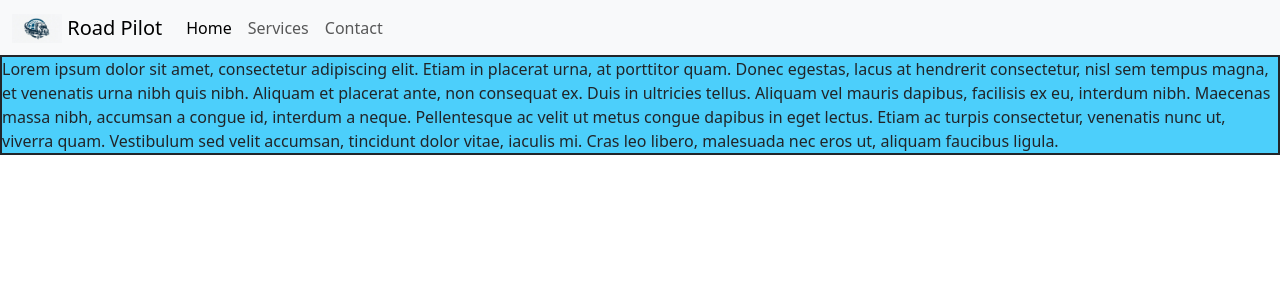
Repository: VictoriousMango/WebCreator
Page: index.html
An editor plug-in stored every save of this project. The page is shown before and after a run of saves, followed by the edit.
The browser window is 1280 px wide. The pictures show the whole page.

Above is the page before, as saved 2024-11-09 13:35:58.

### index.html
<!DOCTYPE html>
<html lang="en">

<head>
    <meta charset="UTF-8">
    <meta name="viewport" content="width=device-width, initial-scale=1.0">
    <title>Web Creator</title>
    <link href="https://cdn.jsdelivr.net/npm/bootstrap@5.3.3/dist/css/bootstrap.min.css" rel="stylesheet"
        integrity="sha384-QWTKZyjpPEjISv5WaRU9OFeRpok6YctnYmDr5pNlyT2bRjXh0JMhjY6hW+ALEwIH" crossorigin="anonymous">
    <link rel="stylesheet" href="./assets/css/index.css">
</head>

<body>
    <!-- Navbar -->
    <nav class="navbar navbar-expand-lg bg-body-tertiary">
        <div class="container-fluid">
            <a class="navbar-brand" href="#">
                <img src="./assets/images/Logo.png" alt="Logo" width="50px" class="d-inline-block align-text-top">
                Road Pilot
            </a>
            <button class="navbar-toggler" type="button" data-bs-toggle="collapse" data-bs-target="#navbarNav"
                aria-controls="navbarNav" aria-expanded="false" aria-label="Toggle navigation">
                <span class="navbar-toggler-icon"></span>
            </button>
            <div class="collapse navbar-collapse" id="navbarNav">
                <ul class="navbar-nav">
                    <li class="nav-item">
                        <a class="nav-link active" aria-current="page" href="#">Home</a>
                    </li>
                    <li class="nav-item">
                        <a class="nav-link" href="./pages/services.html">Services</a>
                    </li>
                    <li class="nav-item">
                        <a class="nav-link" href="./pages/contact.html">Contact</a>
                    </li>
                </ul>
            </div>
        </div>
    </nav>
    <!-- NavBar -->
    <main>
        <div class="home__banner"></div>
        <div class="home__about"></div>
        <div class="home__service"></div>
        <div class="home__whyChooseUs"></div>
        <div class="home__experience"></div>
        <div class="home__pricingPlan"></div>
        <div class="home__projects"></div>
        <div class="home__testimonials"></div>
        <div class="home__faq"></div>
        <div class="blog"></div>
    </main>
    <footer>
        Lorem ipsum dolor sit amet, consectetur adipiscing elit. Etiam in placerat urna, at porttitor quam. Donec egestas, lacus at hendrerit consectetur, nisl sem tempus magna, et venenatis urna nibh quis nibh. Aliquam et placerat ante, non consequat ex. Duis in ultricies tellus. Aliquam vel mauris dapibus, facilisis ex eu, interdum nibh. Maecenas massa nibh, accumsan a congue id, interdum a neque. Pellentesque ac velit ut metus congue dapibus in eget lectus. Etiam ac turpis consectetur, venenatis nunc ut, viverra quam. Vestibulum sed velit accumsan, tincidunt dolor vitae, iaculis mi. Cras leo libero, malesuada nec eros ut, aliquam faucibus ligula.
    </footer>
    <!-- Scripts -->
    <script src="https://cdn.jsdelivr.net/npm/bootstrap@5.3.3/dist/js/bootstrap.bundle.min.js"
        integrity="sha384-YvpcrYf0tY3lHB60NNkmXc5s9fDVZLESaAA55NDzOxhy9GkcIdslK1eN7N6jIeHz"
        crossorigin="anonymous"></script>
    <script src="https://cdn.jsdelivr.net/npm/@popperjs/core@2.11.8/dist/umd/popper.min.js"
        integrity="sha384-I7E8VVD/ismYTF4hNIPjVp/Zjvgyol6VFvRkX/vR+Vc4jQkC+hVqc2pM8ODewa9r"
        crossorigin="anonymous"></script>
    <script src="https://cdn.jsdelivr.net/npm/bootstrap@5.3.3/dist/js/bootstrap.min.js"
        integrity="sha384-0pUGZvbkm6XF6gxjEnlmuGrJXVbNuzT9qBBavbLwCsOGabYfZo0T0to5eqruptLy"
        crossorigin="anonymous"></script>
</body>

</html>

### assets/css/index.css
footer {
    position: relative;
    bottom: 1px;
    border: 2px solid;
    background-color: rgba(0, 187, 249, 0.7);
}

After the next 5 saves:
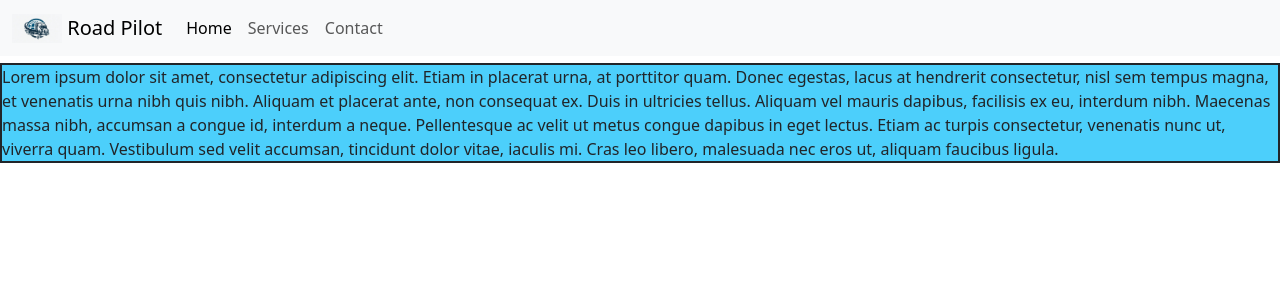
The 5 saves are shown as one change because they came seconds apart.
The last was saved 27 s later.
--- a/index.html
+++ b/index.html
@@ -39,16 +39,18 @@
     </nav>
     <!-- NavBar -->
     <main>
-        <div class="home__banner"></div>
-        <div class="home__about"></div>
-        <div class="home__service"></div>
-        <div class="home__whyChooseUs"></div>
-        <div class="home__experience"></div>
-        <div class="home__pricingPlan"></div>
-        <div class="home__projects"></div>
-        <div class="home__testimonials"></div>
-        <div class="home__faq"></div>
-        <div class="blog"></div>
+        <div class="home__banner">
+            <h3></h3>
+        </div>
+        <div class="home__about"><h3></h3></div>
+        <div class="home__service"><h3></h3></div>
+        <div class="home__whyChooseUs"><h3></h3></div>
+        <div class="home__experience"><h3></h3></div>
+        <div class="home__pricingPlan"><h3></h3></div>
+        <div class="home__projects"><h3></h3></div>
+        <div class="home__testimonials"><h3></h3></div>
+        <div class="home__faq"><h3></h3></div>
+        <div class="blog"><h3></h3></div>
     </main>
     <footer>
         Lorem ipsum dolor sit amet, consectetur adipiscing elit. Etiam in placerat urna, at porttitor quam. Donec egestas, lacus at hendrerit consectetur, nisl sem tempus magna, et venenatis urna nibh quis nibh. Aliquam et placerat ante, non consequat ex. Duis in ultricies tellus. Aliquam vel mauris dapibus, facilisis ex eu, interdum nibh. Maecenas massa nibh, accumsan a congue id, interdum a neque. Pellentesque ac velit ut metus congue dapibus in eget lectus. Etiam ac turpis consectetur, venenatis nunc ut, viverra quam. Vestibulum sed velit accumsan, tincidunt dolor vitae, iaculis mi. Cras leo libero, malesuada nec eros ut, aliquam faucibus ligula.
